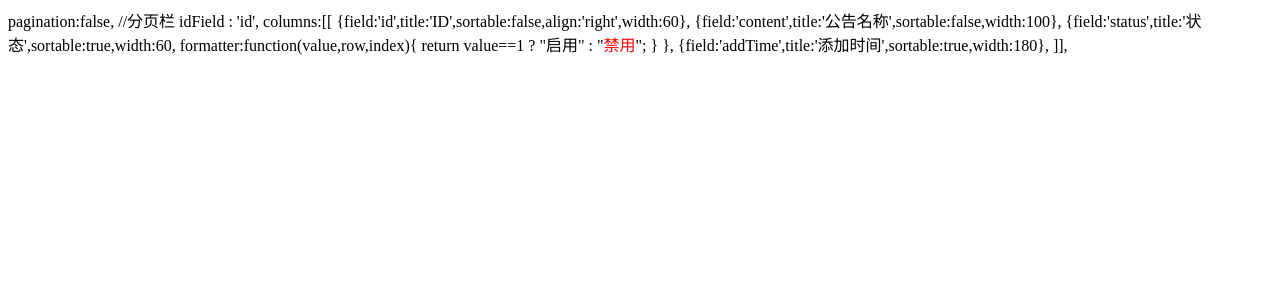
Repository: pridewu/hipi
Page: Education_dev_platform/branches/v1/Application/System/View/v1/Notice/index.html
An editor plug-in stored every save of this project. The page is shown before and after the next save, followed by the edit.
The browser window is 1280 px wide. The pictures show the whole page.

Above is the page before, as saved 2014-12-04 10:31:04.

After the next save:
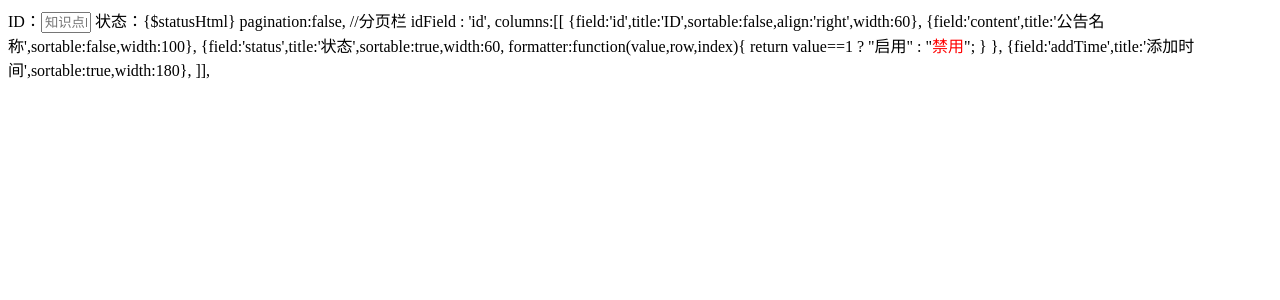
Saved 86 s later.
--- a/Education_dev_platform/branches/v1/Application/System/View/v1/Notice/index.html
+++ b/Education_dev_platform/branches/v1/Application/System/View/v1/Notice/index.html
@@ -1,4 +1,11 @@
 <extend name="./base_list" />
+
+<block name="search">
+	ID：<input type="text" name="id" placeholder="知识点ID" style="width: 50px"></input>
+<!-- 	知识点名称：<input type="text" name="name" placeholder="知识点名称" style="width: 100px"></input>
+	所属课程ID：<input type="text" name="courseId" placeholder="课程ID" style="width: 50px"></input> -->
+	状态：{$statusHtml}
+</block>
 <block name="datagrid_img">
     <div id="datagrid_img" class="datagrid_img" style="display: none;">
 
